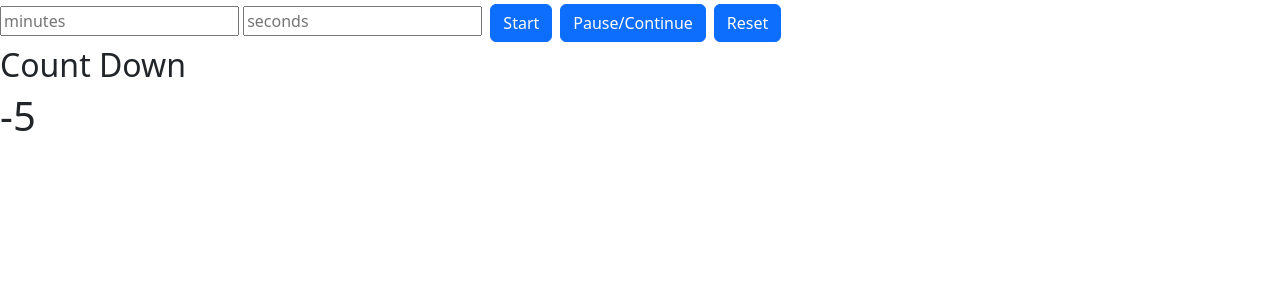
Repository: maheshdama13/reactjs-count-down
Page: /
The author's editor kept a copy of each file at every save. The page is drawn from the files as they stood at one save, then again after a run of saves.
The browser window is 1280 px wide. The pictures show the whole page.
The project was rebuilt for these pictures with package versions that can differ from the ones it lists, and the page was loaded fresh each time. Also part of the build but not shown: src/App.css.

Above is the page before, as saved 2022-07-01 01:47:21.

After the next 2 saves:
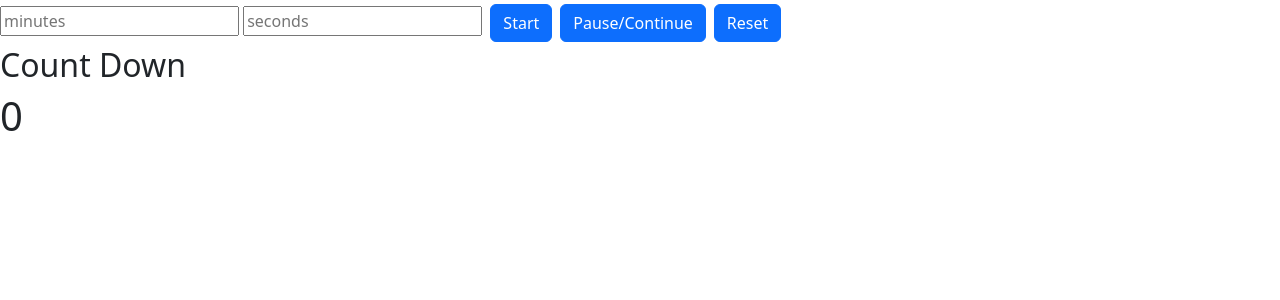
The 2 saves are shown as one change because 1 did not build or start.
The last was saved 87 s later.
--- a/src/components/CountDown.js
+++ b/src/components/CountDown.js
@@ -15,9 +15,12 @@
   }, [timer]); */
 
   useEffect(() => {
-    const interval = setInterval(() => {
-      setTimer(timer-1);
-    }, 1000);
+    if(isTimerRunning) {
+      const interval = setInterval(() => {
+        setTimer(timer-1);
+      }, 1000);
+    }
+
 
     return () => clearInterval(interval);
   }, [timer]);
